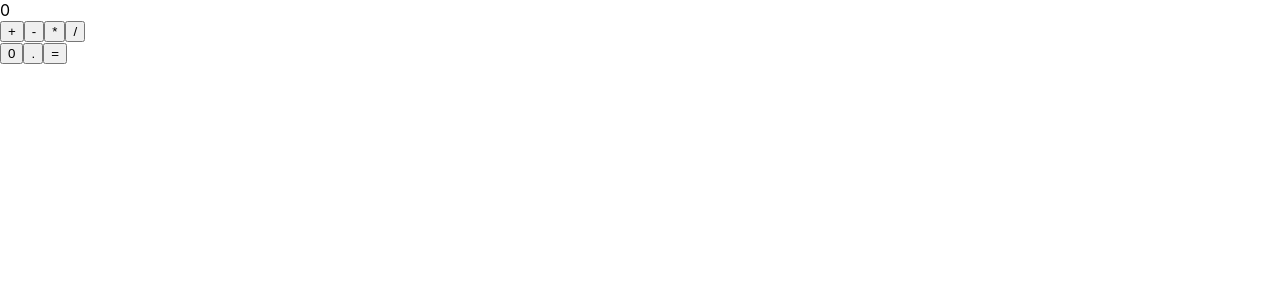
Repository: Bishek666/simple-calculator
Page: /
An editor plug-in stored every save of this project. The page is shown before and after the next save, followed by the edit.
The browser window is 1280 px wide. The pictures show the whole page.
The project was rebuilt for these pictures with package versions that can differ from the ones it lists, and the page was loaded fresh each time.

Above is the page before, as saved 2021-10-20 17:31:54.

After the next save:
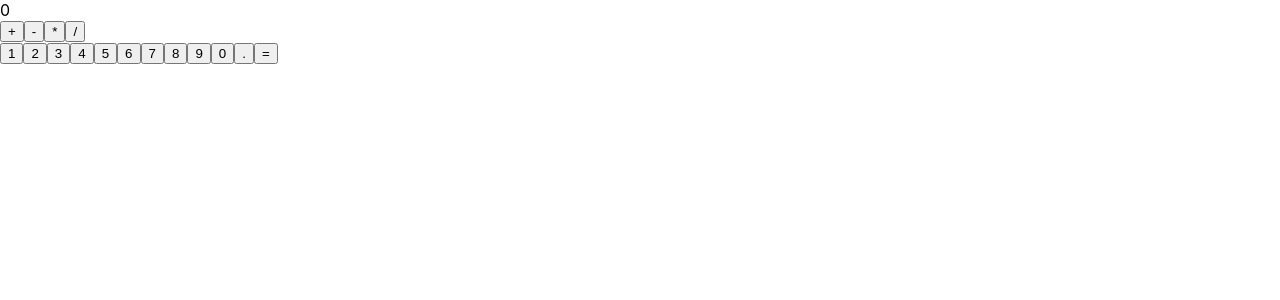
Saved 38 s later.
--- a/src/App.js
+++ b/src/App.js
@@ -5,6 +5,8 @@ function App() {
         for (let i = 1; i < 10; i++) {
             digits.push(<button key={i}>{i}</button>);
         }
+
+        return digits;
     };
     return (
         <div className='App'>
